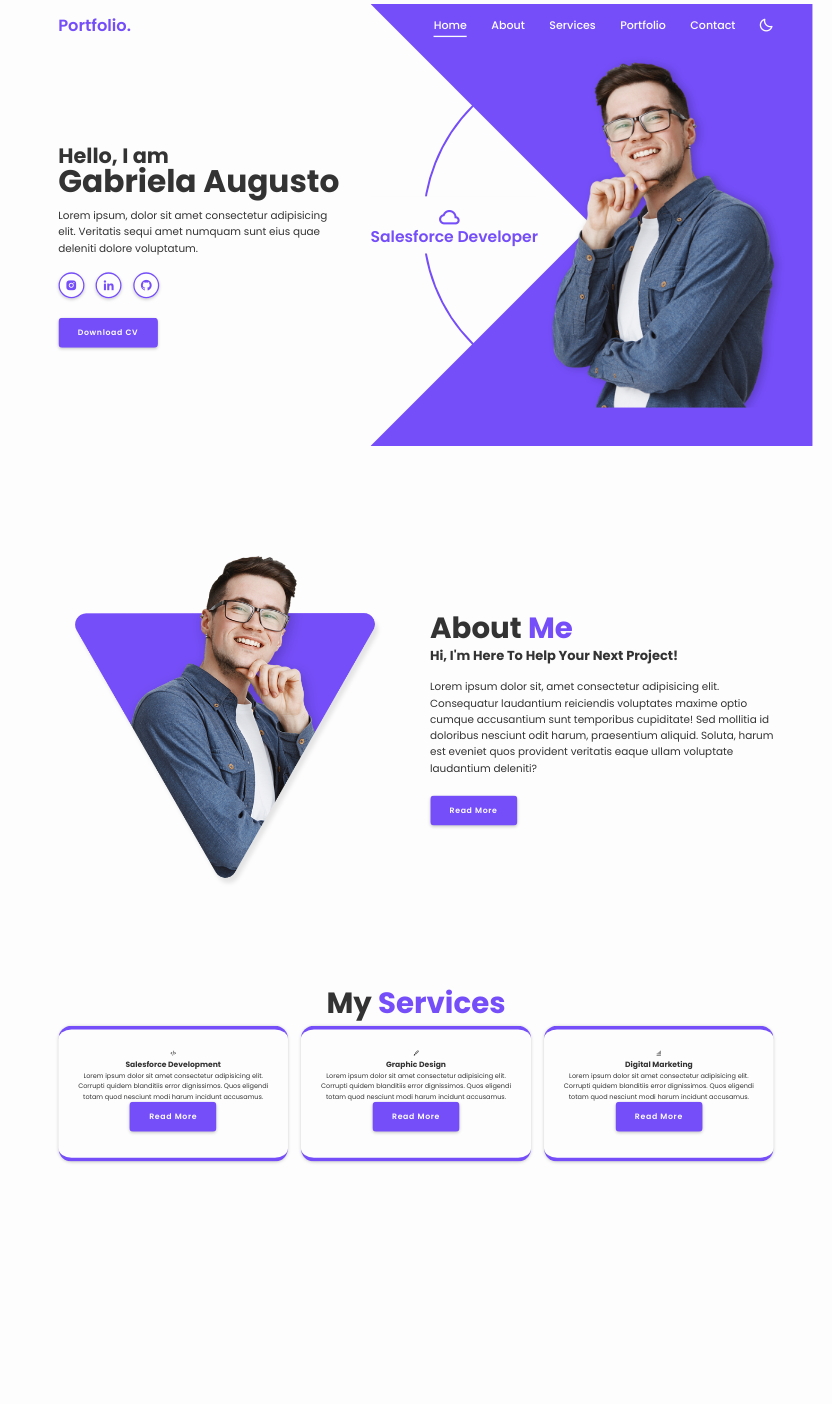
Repository: Gabi-Augusto/Portfolio
Page: index.html
The author's editor kept a copy of each file at every save. The page is drawn from the files as they stood at one save, then again after the next save.
The browser window is 1280 px wide. The pictures show the whole page, at 65% of full size.

Above is the page before, as saved 2023-11-29 16:06:39.

After the next save:
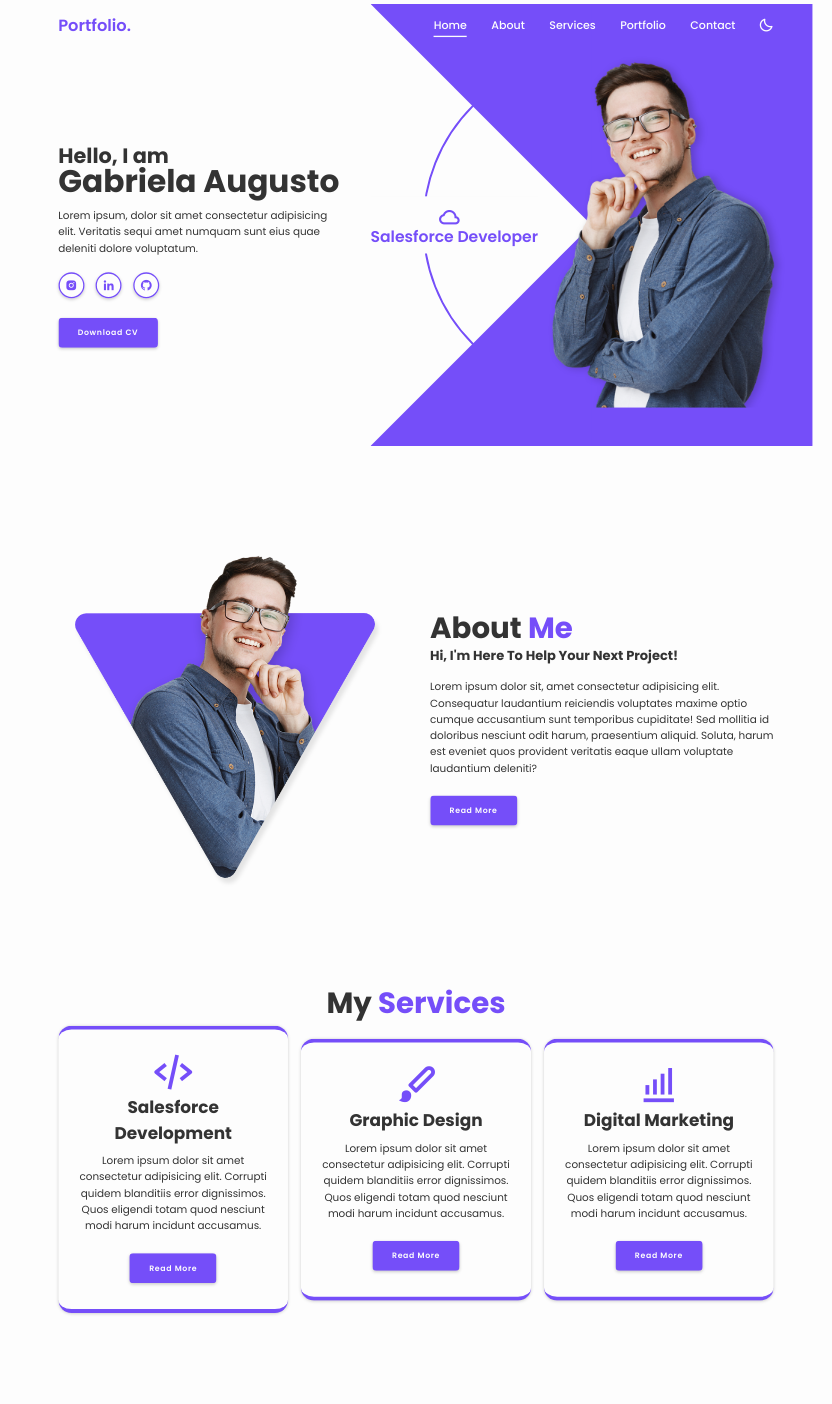
Saved 2 min 58 s later.
--- a/css/style.css
+++ b/css/style.css
@@ -303,3 +303,17 @@ span {
     border-top: .6rem solid var(--main-color);
     border-bottom: .6rem solid var(--main-color);
 }
+
+.services-box i {
+    font-size: 7rem;
+    color: var(--main-color);
+}
+
+.services-box h3 {
+    font-size: 2.6rem;
+}
+
+.services-box p {
+    font-size: 1.6rem;
+    margin: 1rem 0 3rem;
+}
